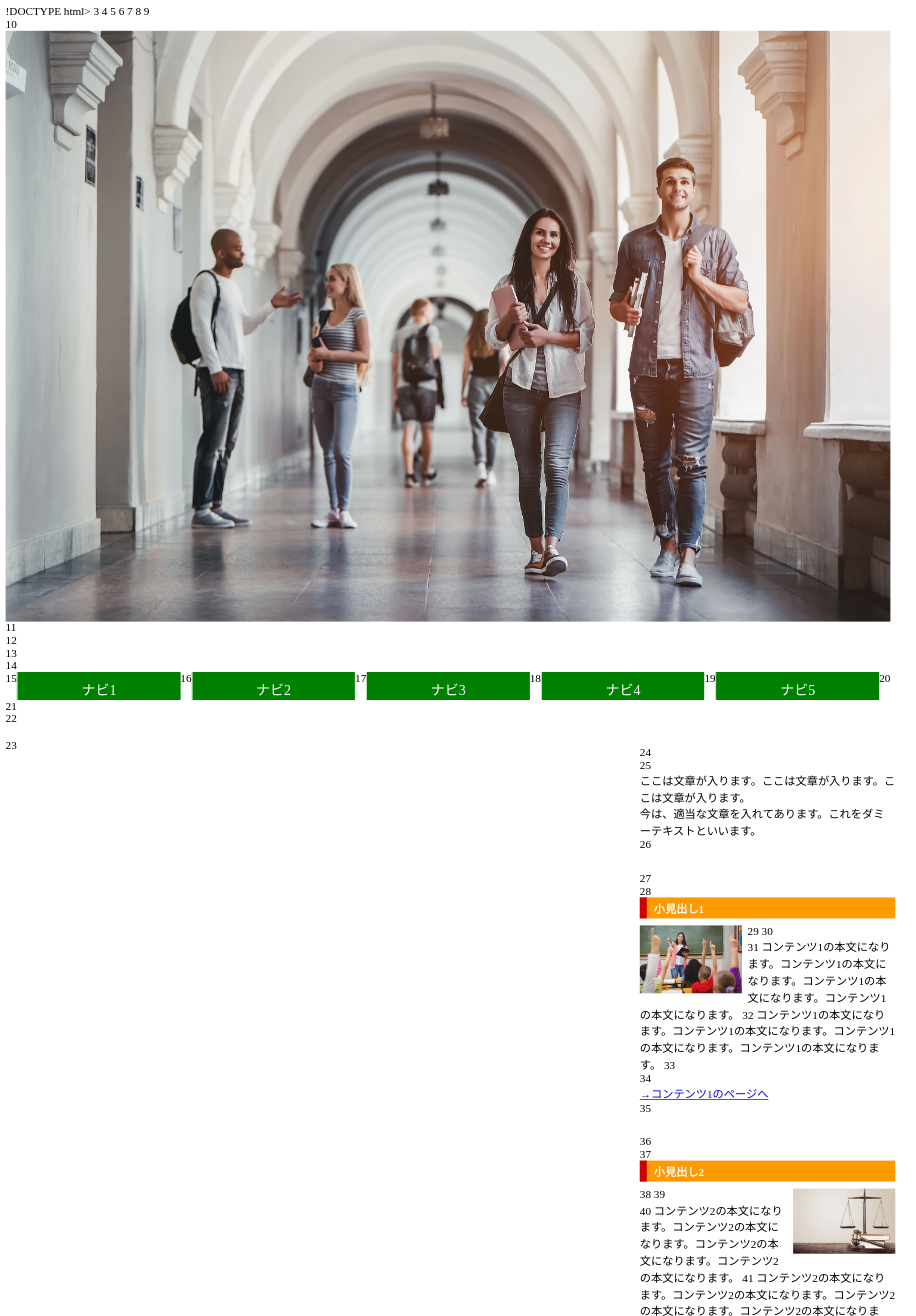
Repository: kazu999999/samurai_HTML-CSS
Page: home.html
The author's editor kept a record of every edit. The page is drawn from the files as they stood at one moment, then again after the next edit.
The browser window is 1280 px wide. The page is 1309 px wide, so the pictures cover 1309 px, including what lies to the right of the window. The pictures show the part of the page from y = 0 to 1880 px (the page is 3168 px tall before and 3114 px after), at 70% of full size.

Above is the page before.

After the next edit:
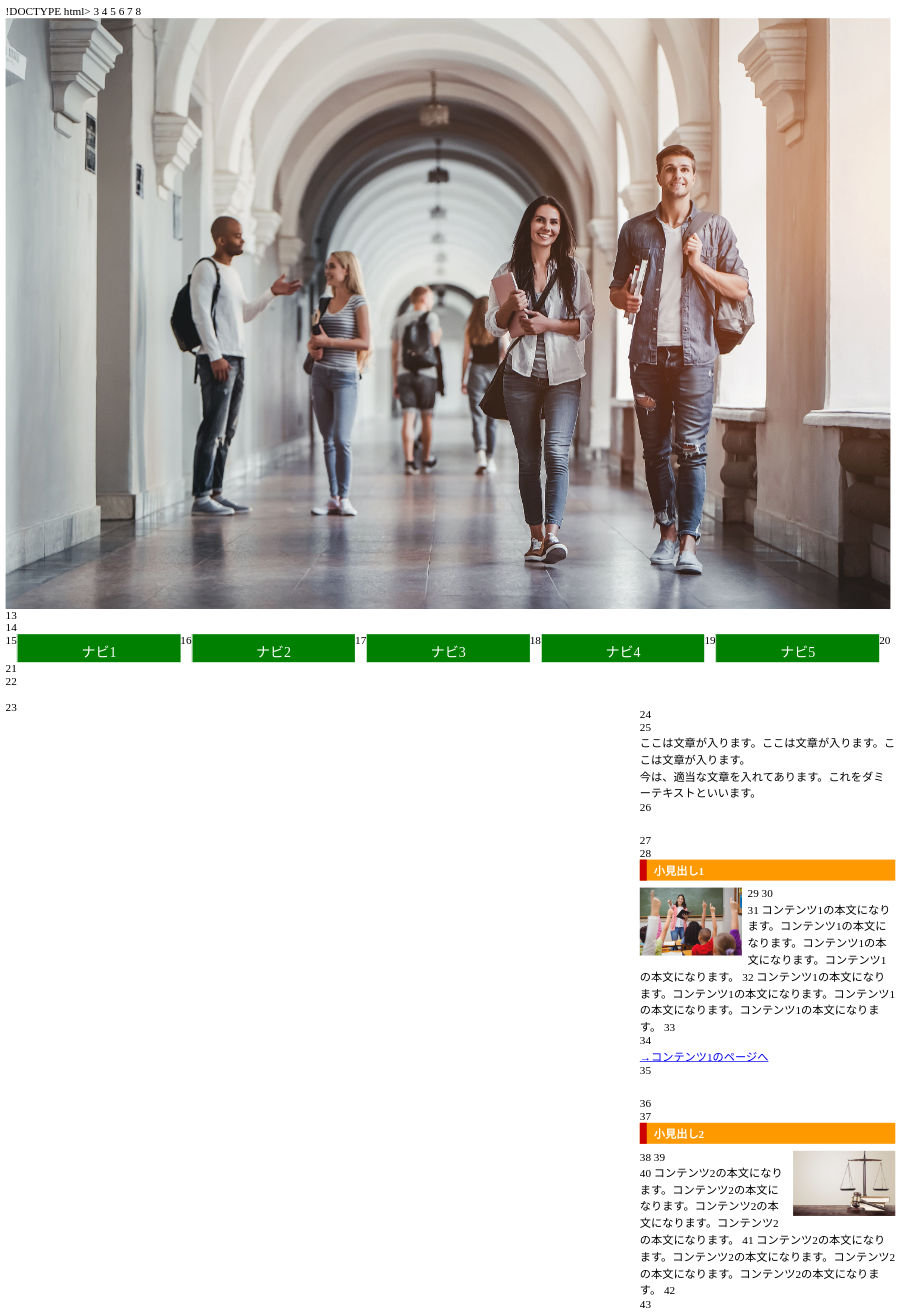
The edit:
--- a/home.html
+++ b/home.html
@@ -6,10 +6,10 @@
 6        <link rel="stylesheet" href="stylesheet.css">
 7    </head>
 8    <body>
-9        <div id="header">
-10            <h1><a href="index.html"><img id="corridor" src="images/corridor.jpg" alt="大学の廊下" /></a></h1>
-11        </div>
-12        <div id="wrapper">
+        <div id="header">
+            <h1><a href="index.html"><img id="corridor" src="images/corridor.jpg" alt="大学の廊下" /></a></h1>
+        </div>
+        <div id="wrapper">
 13            <div id="nav">
 14                <ul>
 15                    <li><a href="home.html">ナビ1</a></li>
